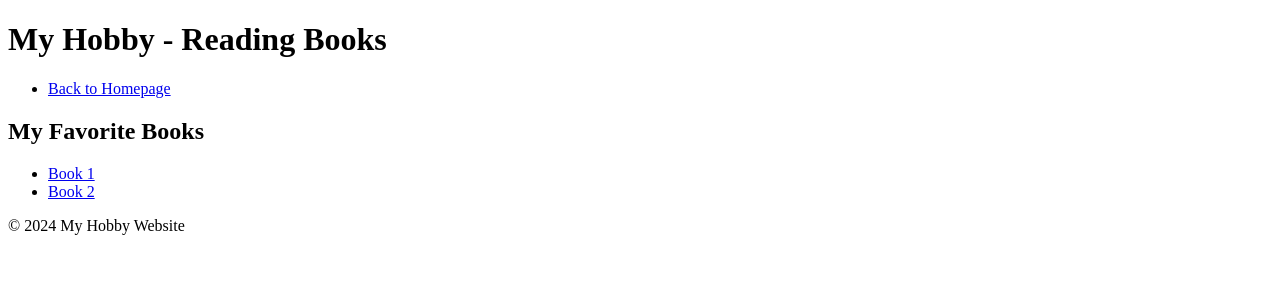
Repository: DaryaSarycheva/Hobbies
Page: pages/hobby.html
An editor plug-in stored every save of this project. The page is shown before and after the next save, followed by the edit.
The browser window is 1280 px wide. The pictures show the whole page.

Above is the page before, as saved 2024-05-08 08:14:54.

### pages/hobby.html
<!DOCTYPE html>
<html lang="en">
<head>
    <meta charset="UTF-8">
    <meta name="viewport" content="width=device-width, initial-scale=1.0">
    <title>My Hobby - Reading Books</title>
</head>
<body>
    <header>
        <h1>My Hobby - Reading Books</h1>
    </header>

    <nav>
        <ul>
            <li><a href="../index.html">Back to Homepage</a></li>
        </ul>
    </nav>

    <main>
        <h2>My Favorite Books</h2>
        <ul>
            <li><a href="book1.html">Book 1</a></li>
            <li><a href="book2.html">Book 2</a></li>
            <!-- Add more books as needed -->
        </ul>
    </main>

    <footer>
        <p>&copy; 2024 My Hobby Website</p>
    </footer>
</body>
</html>

After the next save:
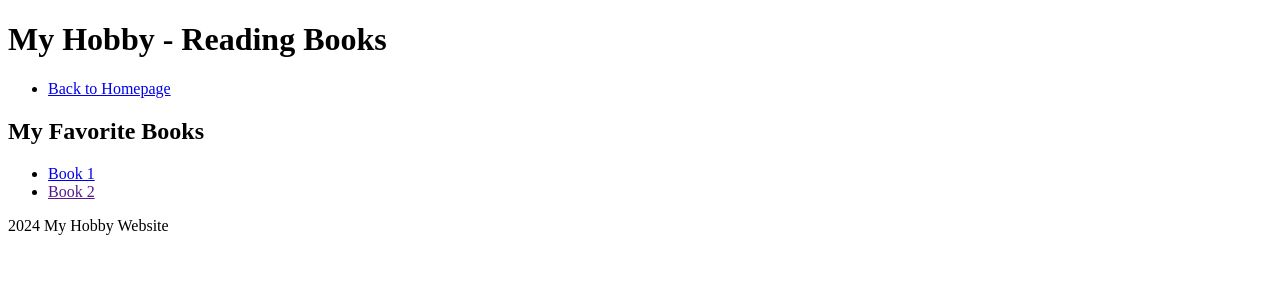
Saved 74 s later.
--- a/pages/hobby.html
+++ b/pages/hobby.html
@@ -19,14 +19,14 @@
     <main>
         <h2>My Favorite Books</h2>
         <ul>
-            <li><a href="book1.html">Book 1</a></li>
-            <li><a href="book2.html">Book 2</a></li>
-            <!-- Add more books as needed -->
+            <li><a href="./">Book 1</a></li>
+            <li><a href="">Book 2</a></li>
+
         </ul>
     </main>
 
     <footer>
-        <p>&copy; 2024 My Hobby Website</p>
+        <p> 2024 My Hobby Website</p>
     </footer>
 </body>
 </html>
